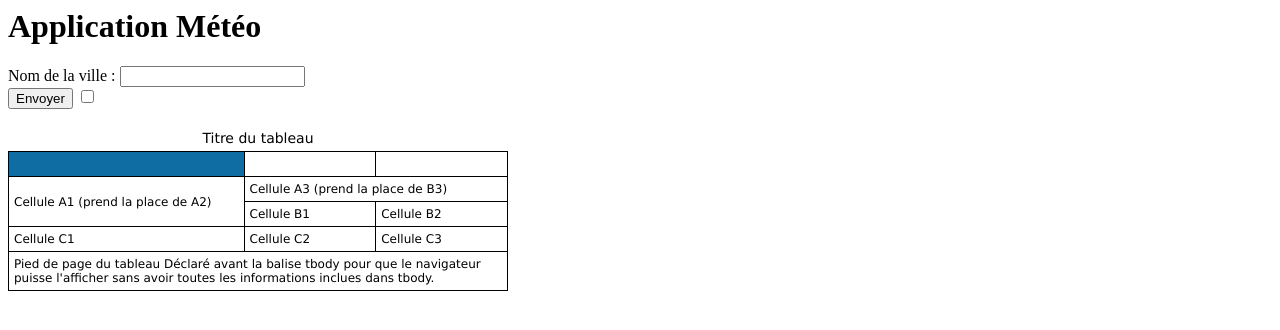
Repository: IFATech-Metz/dev-log-4
Page: projet.html
The author's editor kept a copy of each file at every save. The page is drawn from the files as they stood at one save, then again after the next save.
The browser window is 1280 px wide. The pictures show the whole page.
The page's requests for data from a server got no answer.

Above is the page before, as saved 2019-01-21 20:14:14.

### projet.html
<html>
    <head>
        <title>Météo du jour</title>
        <script src="meteo.js"></script>
        <link rel="stylesheet" type="text/css" href="style.css">
    </head>
    <body onload="init_page()">
        <h1>Application M&eacute;t&eacute;o</h1>
        <p>
            Nom de la ville :
            <input type="text" id="ville" value=""><br>

            <button type="button" onclick="get_temperature()">Envoyer</button>
            <input type="checkbox" id="url_visibility">

        </p>

       <div id="url">
       </div>

        <div id="meteo">
        </div>
        <table rules="all" cellpadding="5px" style="width:500px; border:solid 1px black; font-family:verdana; font-size:12px;">
            <caption style="margin:5px; font-size:14px;">Titre du tableau</caption>
            <thead>
               <tr style="color:white;">
                  <th  id="meteo"></th>
                  <th>Titre 2</th>
                  <th>Titre 3</th>
               </tr>
            </thead>
            <tfoot>
               <tr>
                  <td colspan="3">
                  Pied de page du tableau
                  Déclaré avant la balise tbody pour que le navigateur puisse l'afficher
                  sans avoir toutes les informations inclues dans tbody.
                  </td>
               </tr>
            </tfoot>
            <tbody>
               <tr>
                  <td rowspan="2">Cellule A1 (prend la place de A2)</td>
                  <td colspan="2">Cellule A3 (prend la place de B3)</td>
               </tr>
               <tr>
                  <td>Cellule B1</td>
                  <td>Cellule B2</td>
               </tr>
               <tr>
                  <td>Cellule C1</td>
                  <td>Cellule C2</td>
                  <td>Cellule C3</td>
               </tr>
            </tbody>
         </table>








        <div id="latitude">
        </div>
        <div id="longitude">
        </div>
        <div id="humidity">
        </div>
        <div id="sun_rise">
        </div>
        <div id="sun_set">
        </div>
        <div id="weather_value">
        </div>
        <div id="pressure">
        </div>
        <div id="temp_min">
        </div>
        <div id="temp_max">
        </div>
        <div id="speed">
        </div>
        <div id="direction">
        </div>
        <div id="clouds">
        </div>

        <img id="icon" src="">
    </body>
</html>

### meteo.js
var xhr = new XMLHttpRequest();

// Forme générale du lien :
// http://maps.openweathermap.org/maps/2.0/weather/TA2/{z}/{x}/{y}?
// date=1527811200&opacity=0.9&fill_bound=true&appid={api_key}

var base_url = "http://api.openweathermap.org/data/2.5/weather";
var city = "Metz";
var units = "metric";
var appid = "f5e810531af1756846022c6f387acf25";

function get_url() {
    return base_url + "?"
        + "q=" + city + "&"
        + "units=" + units + "&"
        + "appid=" + appid;

}

function init_page() {
    xhr.onreadystatechange = function() {
        if (this.readyState == 4 && this.status == 200) {

            document.getElementById("url").innerHTML = get_url();
//Temperature
            var response = JSON.parse(this.responseText);
            var temperature = response.main.temp;
//Latitude et longitude
            var latitude = response.coord.lat;
            var longitude = response.coord.lon;
//Humidité
           var humidity = response.main.humidity;
//levé et couché de soleil
            // Create a new JavaScript Date object based on the timestamp
            // multiplied by 1000 so that the argument is in milliseconds, not seconds.
        var dateL = new Date(response.sys.sunrise*1000);
        // Hours part from the timestamp
        var hoursL = dateL.getHours();
        // Minutes part from the timestamp
        var minutesL = "0" + dateL.getMinutes();
        // Seconds part from the timestamp
        var secondsL = "0" + dateL.getSeconds();

        // Will display time in 10:30:23 format
        var formattedTimeL = hoursL + ':' + minutesL.substr(-2) + ':' + secondsL.substr(-2);
            var sun_rise = formattedTimeL;

        var dateC = new Date(response.sys.sunset*1000);
        // Hours part from the timestamp
        var hoursC = dateC.getHours();
        // Minutes part from the timestamp
        var minutesC = "0" + dateC.getMinutes();
        // Seconds part from the timestamp
        var secondsC = "0" + dateC.getSeconds();

        // Will display time in 10:30:23 format
        var formattedTimeC = hoursC + ':' + minutesC.substr(-2) + ':' + secondsC.substr(-2);
        var sun_set = formattedTimeC;
// condition météo
            var weather_value = response.weather[0].main
//pression
            var pressure = response.main.pressure;
//temp_min
            var temp_min = response.main.temp_min;
//temp_max
            var temp_max = response.main.temp_max;
//wind speed
            var speed = response.wind.speed;
//wind direction
            var direction = response.wind.deg;
//clouds
            var clouds = response.clouds.all;
//Icone
            var icon = response.weather[0].icon;
            var src = "http://openweathermap.org/img/w/" + icon + ".png";


            document.getElementById("meteo").innerHTML = temperature;
            document.getElementById("latitude").innerHTML = latitude;
            document.getElementById("longitude").innerHTML = longitude;
            document.getElementById("humidity").innerHTML = humidity;
            document.getElementById("sun_rise").innerHTML = sun_rise;
            document.getElementById("sun_set").innerHTML = sun_set;
            document.getElementById("weather_value").innerHTML = weather_value;
            document.getElementById("pressure").innerHTML = pressure;
            document.getElementById("temp_min").innerHTML = temp_min;
            document.getElementById("temp_max").innerHTML = temp_max;
            document.getElementById("speed").innerHTML = speed;
            document.getElementById("direction").innerHTML = direction;
            document.getElementById("clouds").innerHTML = clouds;
            document.getElementById("icon").src = src;
        }
    }

    xhr.open("GET", get_url(), true)
    xhr.send()
}
function get_temperature() {
    city = document.getElementById("ville").value;

    xhr.onreadystatechange = function() {
        if (this.readyState == 4 && this.status == 200) {
            //TODO
            document.getElementById("url").innerHTML = get_url();

            if(document.getElementById("url_visibility").checked){
                document.getElementById("url").style.display = "block";
            }
            else{
                document.getElementById("url").style.display = "none";
            }

            var response = JSON.parse(this.responseText);
            var temperature = response.main.temp;
            var latitude = response.coord.lat;
            var longitude = response.coord.lon;
            var humidity = response.main.humidity;
            var dateL = new Date(response.sys.sunrise*1000);
            // Hours part from the timestamp
            var hoursL = dateL.getHours();
            // Minutes part from the timestamp
            var minutesL = "0" + dateL.getMinutes();
            // Seconds part from the timestamp
            var secondsL = "0" + dateL.getSeconds();

            // Will display time in 10:30:23 format
            var formattedTimeL = hoursL + ':' + minutesL.substr(-2) + ':' + secondsL.substr(-2);
            var sun_rise = formattedTimeL;

           var dateC = new Date(response.sys.sunset*1000);
            // Hours part from the timestamp
            var hoursC = dateC.getHours();
            // Minutes part from the timestamp
            var minutesC = "0" + dateC.getMinutes();
            // Seconds part from the timestamp
            var secondsC = "0" + dateC.getSeconds();

            // Will display time in 10:30:23 format
            var formattedTimeC = hoursC + ':' + minutesC.substr(-2) + ':' + secondsC.substr(-2);
            var sun_set = formattedTimeC;

            var weather_value = response.weather[0].main;
            var pressure = response.main.pressure;
            var temp_min = response.main.temp_min;
            var temp_max = response.main.temp_max;
            var speed = response.wind.speed;
            var direction = response.wind.deg;
            var clouds = response.clouds.all;

            var icon = response.weather[0].icon;
            var src = "http://openweathermap.org/img/w/" + icon + ".png";

            document.getElementById("meteo").innerHTML = temperature;
            document.getElementById("latitude").innerHTML = latitude;
            document.getElementById("longitude").innerHTML = longitude;
            document.getElementById("humidity").innerHTML = humidity;
            document.getElementById("sun_rise").innerHTML = sun_rise;
            document.getElementById("sun_set").innerHTML = sun_set;
            document.getElementById("weather_value").innerHTML = weather_value;
            document.getElementById("pressure").innerHTML = pressure;
            document.getElementById("temp_min").innerHTML = temp_min;
            document.getElementById("temp_max").innerHTML = temp_max;
            document.getElementById("speed").innerHTML = speed;
            document.getElementById("direction").innerHTML = direction;
            document.getElementById("clouds").innerHTML = clouds;

            document.getElementById("icon").src = src;
        }
    }

    xhr.open("GET", get_url(), true)
    xhr.send()
}

### style.css
#url {
    color: red;
    display: none;
}
#meteo {
    background: rgb(16, 109, 163);
    color: white;
}
#latitude {
    background: rgb(163, 75, 16);
    color: white;
}
#longitude {
    background: rgb(16, 109, 163);
    color: white;
}
#humidity {
    background: rgb(16, 109, 163);
    color: white;
}
#sun_rise {
    background: rgb(222, 236, 28);
    color: white;
}

#sun_set {
    background: rgb(236, 37, 210);
    color: white;
}
#weather_value {
    background: rgb(25, 247, 18);
    color: white;
}
#pressure {
    background: blue;
    color: white;
}
#temp_min {
    background: blue;
    color: white;
}
#temp_max {
    background: red;
    color: white;
}
#speed {
    background:green;
    color: white;
}
#direction {
    background:green;
    color: white;
}
#clouds {
    background: greenyellow;
    color: white;
}

After the next save:
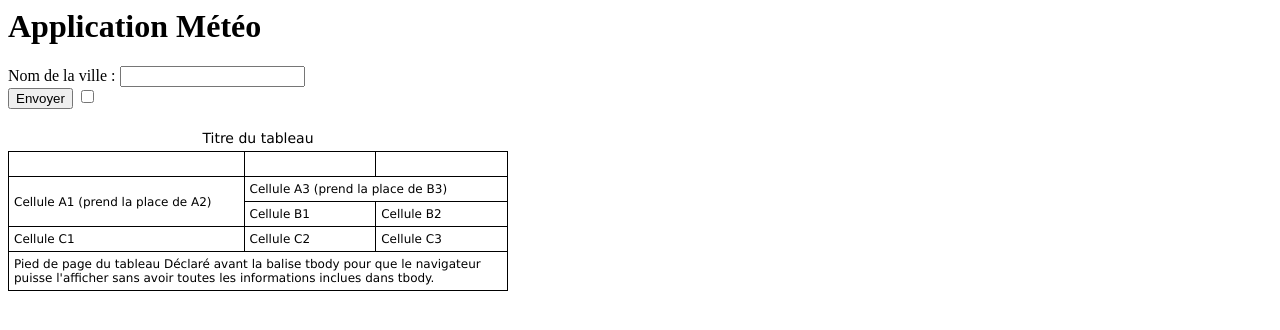
Saved 62 s later.
--- a/projet.html
+++ b/projet.html
@@ -24,7 +24,7 @@
             <caption style="margin:5px; font-size:14px;">Titre du tableau</caption>
             <thead>
                <tr style="color:white;">
-                  <th  id="meteo"></th>
+                  <th  id="url"></th>
                   <th>Titre 2</th>
                   <th>Titre 3</th>
                </tr>
